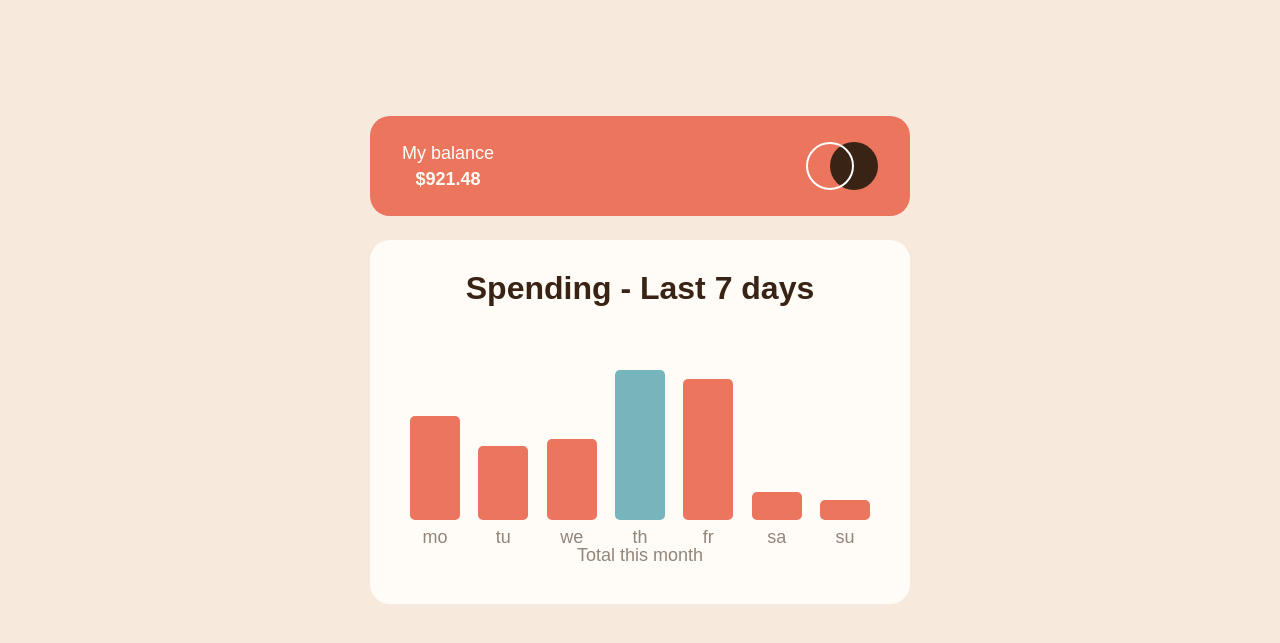
Repository: usmanov16/6-oy-2-dars-
Page: /
An editor plug-in stored every save of this project. The page is shown before and after a run of saves, followed by the edit.
The browser window is 1280 px wide. The pictures show the whole page.
The project was rebuilt for these pictures with package versions that can differ from the ones it lists, and the page was loaded fresh each time. Also part of the build but not shown: vite.config.js.

Above is the page before, as saved 2025-08-28 15:45:43.

After the next 2 saves:
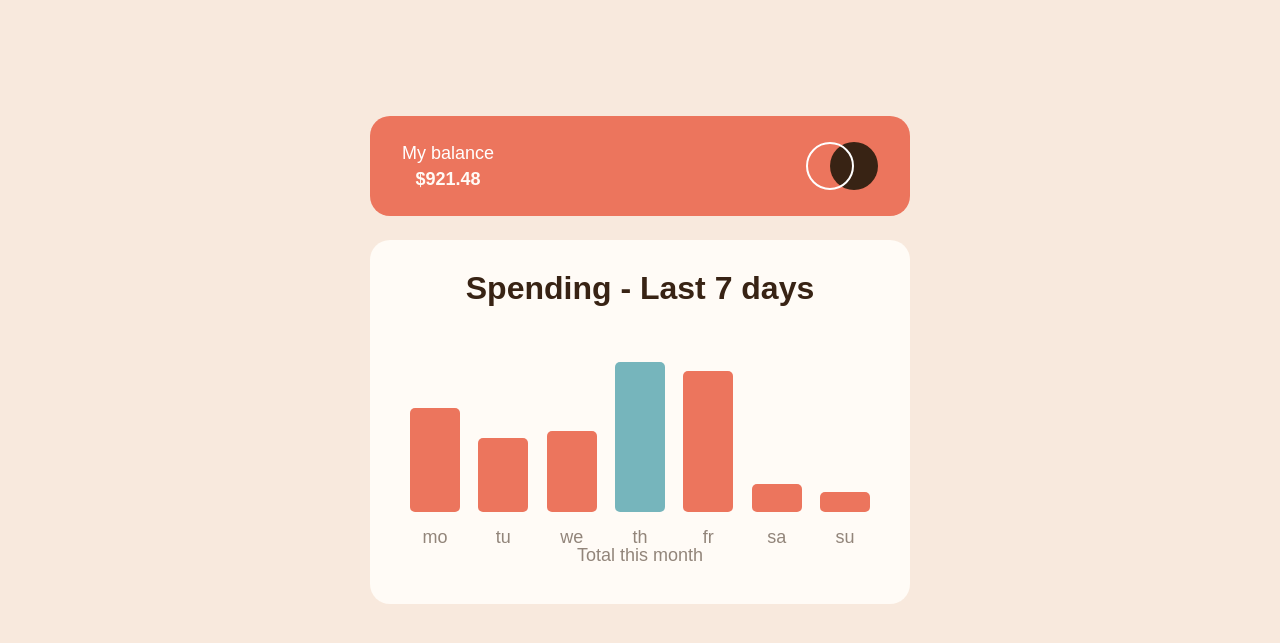
The 2 saves are shown as one change because they came seconds apart.
The last was saved 6 s later.
--- a/src/components/CardBottom.jsx
+++ b/src/components/CardBottom.jsx
@@ -63,7 +63,7 @@
           <div className='h-[150px] flex items-end relative'>
 
             <div style={{height: chartHeight(ch.value) }}
-             className={`chart-item rounded-[5px] w-full  ${
+             className={`chart-item rounded-[5px] w-full mb-2 ${
               ch.value == maxChart.value ? "bg-cyan" : "bg-red"
             } relative ` }>
               <span className='absolute -top-2 left-[50%] -translate-x-[50%] -translate-y-[100%]'>${ch.value}</span>

After the save that followed:
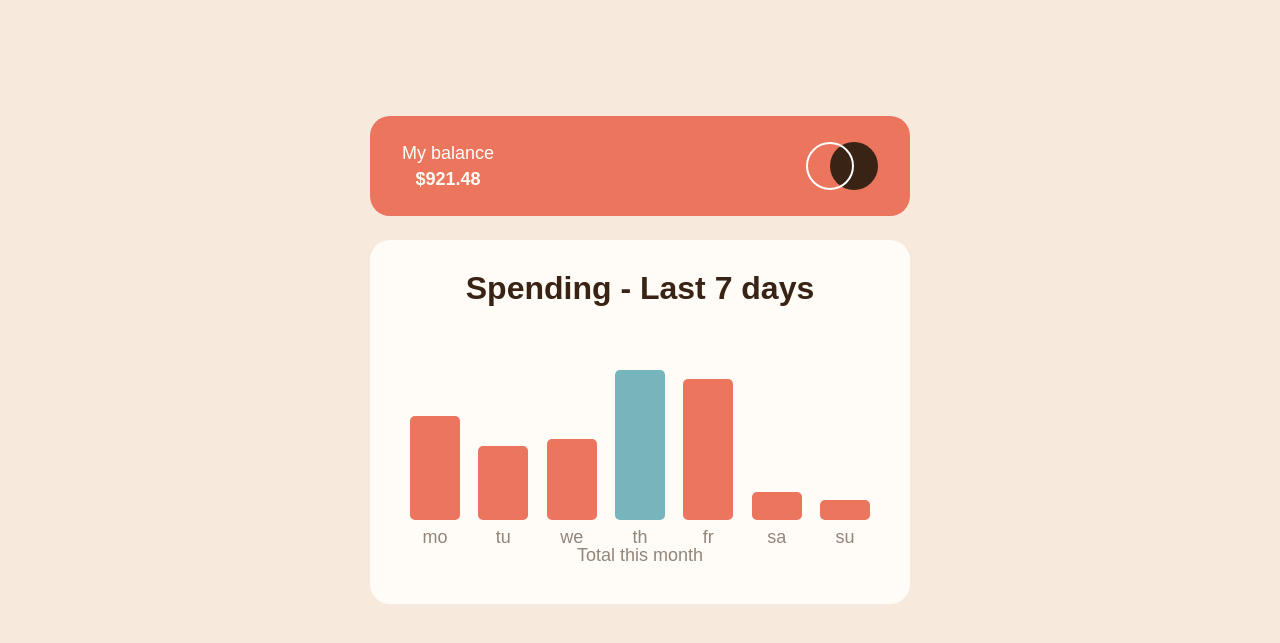
Saved 7 s later.
--- a/src/components/CardBottom.jsx
+++ b/src/components/CardBottom.jsx
@@ -63,7 +63,7 @@
           <div className='h-[150px] flex items-end relative'>
 
             <div style={{height: chartHeight(ch.value) }}
-             className={`chart-item rounded-[5px] w-full mb-2 ${
+             className={`chart-item rounded-[5px] w-full  ${
               ch.value == maxChart.value ? "bg-cyan" : "bg-red"
             } relative ` }>
               <span className='absolute -top-2 left-[50%] -translate-x-[50%] -translate-y-[100%]'>${ch.value}</span>
